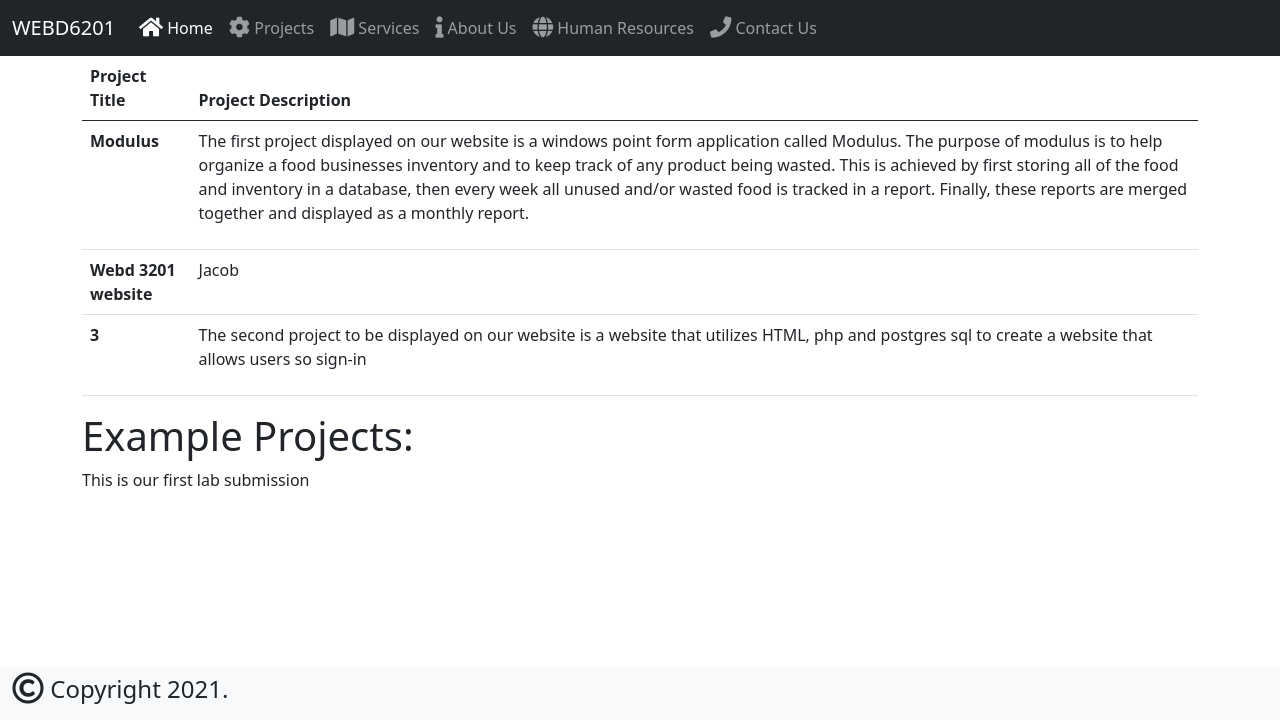
Repository: Sub4Sub/Lab_1
Page: products.html
An editor plug-in stored every save of this project. The page is shown before and after the next save, followed by the edit.
The browser window is 1280 px wide. The pictures show the whole page.

Above is the page before, as saved 2021-02-05 16:16:07.

After the next save:
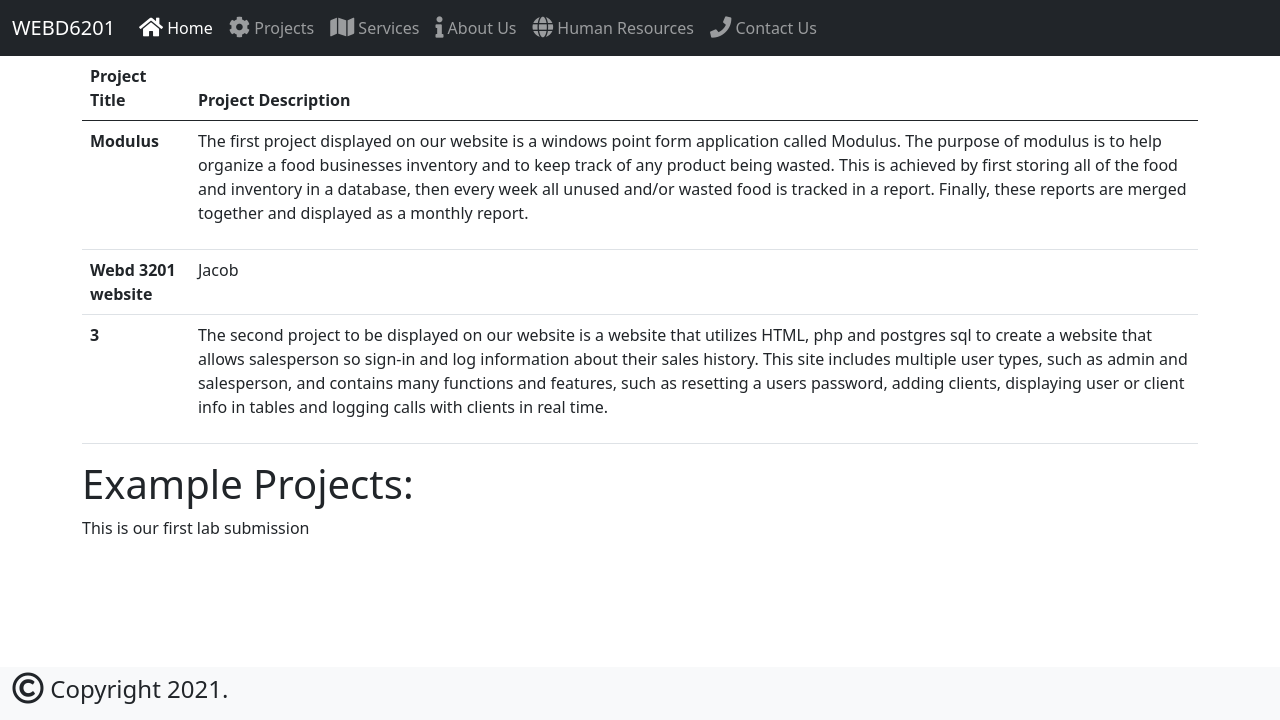
Saved 7 min 40 s later.
--- a/products.html
+++ b/products.html
@@ -42,7 +42,9 @@
             <td>
               <p>
                 The second project to be displayed on our website is a website that utilizes HTML, php and postgres sql to create a website that
-                 allows users so sign-in
+                 allows salesperson so sign-in and log information about their sales history. This site includes multiple user types, such as admin
+                 and salesperson, and contains many functions and features, such as resetting a users password, adding clients, displaying user or client info in tables and
+                 logging calls with clients in real time.
               </p>
             </td>
           </tr>
